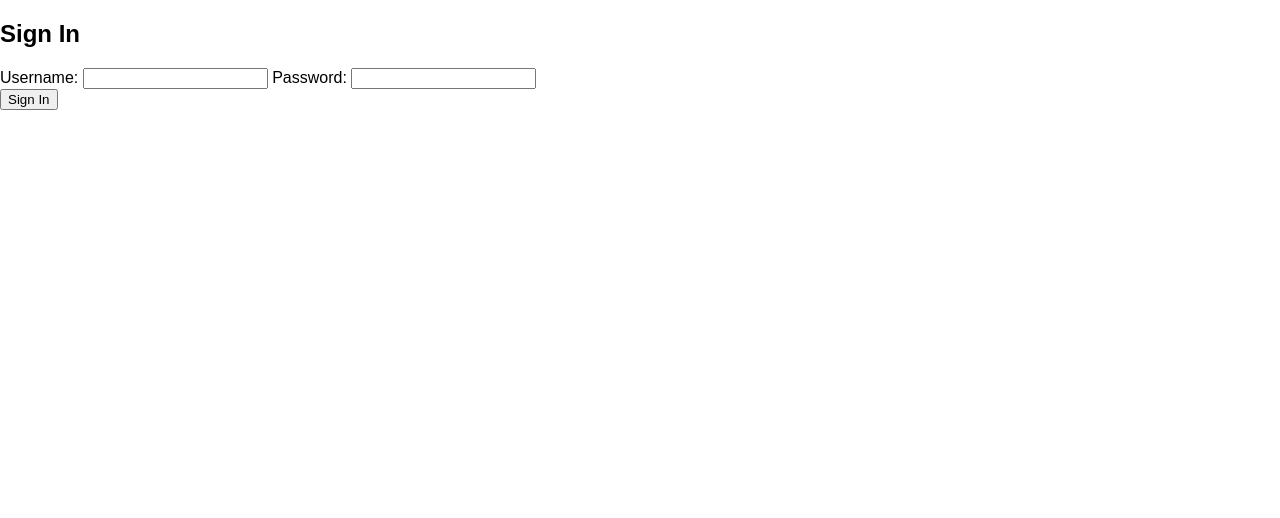
Repository: Ibrahim-Abohola/BookStore
Page: signin.html
An editor plug-in stored every save of this project. The page is shown before and after a run of saves, followed by the edit.
The browser window is 1280 px wide. The pictures show the whole page.

Above is the page before, as saved 2025-07-15 20:40:07.

### signin.html
<!DOCTYPE html>
<html lang="en">
    <head>
    <meta charset="UTF-8">
    <meta name="viewport" content="width=device-width, initial-scale=1.0">
    <link rel="stylesheet" href="styles.css">
    <title>Sign In</title>
    </head>
    <body>
        <div class="signin-container">
            <h2>Sign In</h2>
        <form class="signin-form">
            <div class = "form-group">
            <label for="username">Username:</label>
            <input type="text" id="username" name="username" required>
            <label for="password">Password:</label>
            <input type="password" id="password" name="password" required>
            </div>
            <button type="submit">Sign In</button>
        </form>
        </div>
    </body>
</html>

### styles.css

body {
  font-family: sans-serif;
  margin: 0;
  padding: 0;
}

 .container {
            max-width: 1200px;
            margin: 0 auto;
            padding: 0 20px;
        }

        nav {
            background: rgba(255, 255, 255, 0.95);
            backdrop-filter: blur(10px);
            padding: 1rem 0;
            position: fixed;
            width: 100%;
            top: 0;
            z-index: 1000;
            box-shadow: 0 2px 20px rgba(0, 0, 0, 0.1);
        }

        nav .container {
            display: flex;
            justify-content: space-between;
            align-items: center;
        }

nav ul {
  display: flex;
  list-style: none;
  background: #333;
  padding: 10px;
}
nav ul li a {
  color: white;
  margin: 0 10px;
  text-decoration: none;
}
.hero {
  background: url('images/banner.jpg') center/cover;
  color: white;
  padding: 40px;
  text-align: center;
}
  .highlights {
            padding: 4rem 0;
            background: rgba(255, 255, 255, 0.95);
        }

        .highlights h2 {
            text-align: center;
            margin-bottom: 3rem;
            color: #764ba2;
            font-size: 2.5rem;
        }

        .highlight-grid {
            display: grid;
            grid-template-columns: repeat(auto-fit, minmax(300px, 1fr));
            gap: 2rem;
        }

        .highlight-card {
            background: white;
            padding: 2rem;
            border-radius: 15px;
            box-shadow: 0 10px 30px rgba(0, 0, 0, 0.1);
            transition: transform 0.3s ease;
        }

        .highlight-card:hover {
            transform: translateY(-5px);
        }

        .highlight-card h3 {
            color: #764ba2;
            margin-bottom: 1rem;
        }
.catalog {
  display: flex;
  flex-wrap: wrap;
  gap: 20px;
  padding: 20px;
}
  .catalog-header {
            padding: 2rem 0;
            background: rgba(255, 255, 255, 0.95);
            text-align: center;
        }

        .catalog-header h1 {
            color: #764ba2;
            font-size: 2.5rem;
            margin-bottom: 1rem;
        }

        .books-grid {
            display: grid;
            grid-template-columns: repeat(auto-fit, minmax(300px, 1fr));
            gap: 2rem;
            padding: 2rem 0;
        }

        .book-card {
            background: rgba(255, 255, 255, 0.95);
            border-radius: 15px;
            overflow: hidden;
            box-shadow: 0 10px 30px rgba(0, 0, 0, 0.1);
            transition: transform 0.3s ease;
        }

        .book-card:hover {
            transform: translateY(-5px);
        }

        .book-cover {
            width: 100%;
            height: 300px;
            background: linear-gradient(135deg, #667eea, #764ba2);
            display: flex;
            align-items: center;
            justify-content: center;
            color: white;
            font-size: 1.2rem;
            font-weight: bold;
        }

        .book-info {
            padding: 1.5rem;
        }

        .book-title {
            font-size: 1.3rem;
            font-weight: bold;
            margin-bottom: 0.5rem;
            color: #333;
        }

        .book-author {
            color: #666;
            margin-bottom: 0.5rem;
        }

        .book-genre {
            background: #764ba2;
            color: white;
            padding: 0.3rem 0.8rem;
            border-radius: 20px;
            font-size: 0.9rem;
            display: inline-block;
            margin-bottom: 1rem;
        }

        .availability {
            font-weight: bold;
            margin-bottom: 1rem;
        }

        .available {
            color: #28a745;
        }

        .unavailable {
            color: #dc3545;
        }
         .purchase-btn {
            width: 100%;
            padding: 0.8rem;
            background: linear-gradient(135deg, #667eea, #764ba2);
            color: white;
            border: none;
            border-radius: 10px;
            font-weight: 600;
            cursor: pointer;
            transition: transform 0.3s ease;
        }

        .purchase-btn:hover {
            transform: translateY(-2px);
        }

        .purchase-btn:disabled {
            background: #ccc;
            cursor: not-allowed;
            transform: none;
        }
 .purchase-container {
            padding: 2rem 0;
            min-height: calc(100vh - 80px);
        }

        .purchase-content {
            display: grid;
            grid-template-columns: 1fr 1fr;
            gap: 3rem;
            max-width: 1000px;
            margin: 0 auto;
        }

        .book-details {
            background: rgba(255, 255, 255, 0.95);
            padding: 2rem;
            border-radius: 15px;
            box-shadow: 0 10px 30px rgba(0, 0, 0, 0.1);
        }

        .purchase-form-container {
            background: rgba(255, 255, 255, 0.95);
            padding: 2rem;
            border-radius: 15px;
            box-shadow: 0 10px 30px rgba(0, 0, 0, 0.1);
        }

        .purchase-form h2 {
            color: #764ba2;
            margin-bottom: 1.5rem;
        }

        .price {
            font-size: 1.5rem;
            font-weight: bold;
            color: #764ba2;
            margin: 1rem 0;
        }

.book {
  border: 1px solid #ccc;
  padding: 10px;
  width: calc(33.333% - 40px);
}
footer {
  margin-top: 40px;
  padding: 10px;
  background: #f1f1f1;
  text-align: center;
}

After the next 2 saves:
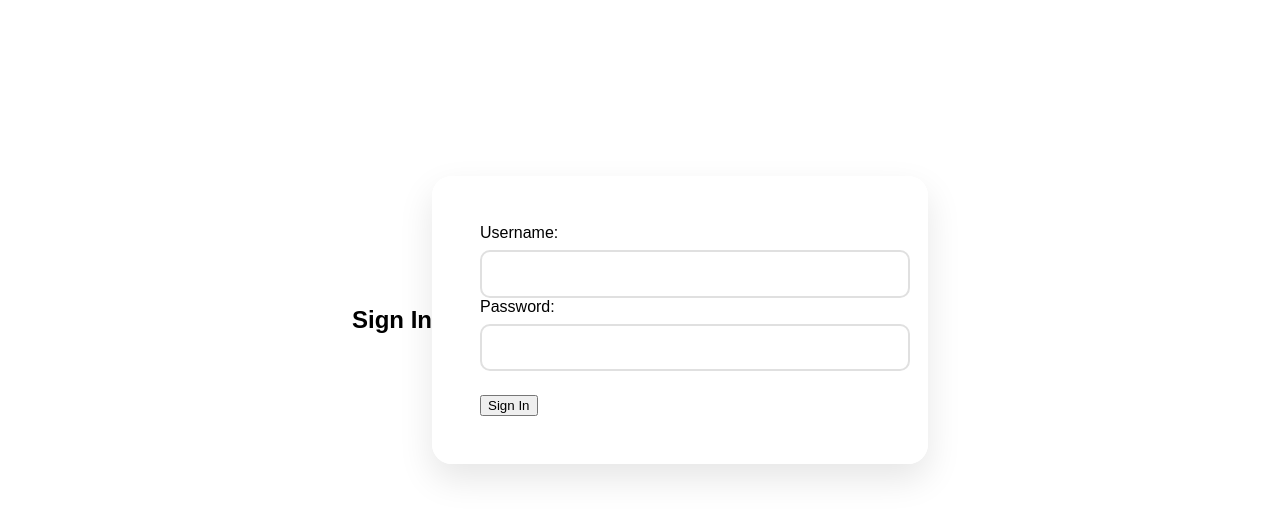
The 2 saves are shown as one change because they came seconds apart.
The last was saved 11 s later.
--- a/styles.css
+++ b/styles.css
@@ -79,7 +79,71 @@ nav ul li a {
             color: #764ba2;
             margin-bottom: 1rem;
         }
-.catalog {
+        .signin-container {
+            display: flex;
+            justify-content: center;
+            align-items: center;
+            min-height: calc(100vh - 80px);
+        }
+
+        .signin-form {
+            background: rgba(255, 255, 255, 0.95);
+            padding: 3rem;
+            border-radius: 20px;
+            box-shadow: 0 15px 35px rgba(0, 0, 0, 0.1);
+            width: 100%;
+            max-width: 400px;
+            backdrop-filter: blur(10px);
+        }
+
+        .signin-form h2 {
+            text-align: center;
+            margin-bottom: 2rem;
+            color: #764ba2;
+            font-size: 2rem;
+        }
+
+        .form-group {
+            margin-bottom: 1.5rem;
+        }
+
+        .form-group label {
+            display: block;
+            margin-bottom: 0.5rem;
+            font-weight: 500;
+        }
+
+        .form-group input {
+            width: 100%;
+            padding: 0.8rem;
+            border: 2px solid #e0e0e0;
+            border-radius: 10px;
+            font-size: 1rem;
+            transition: border-color 0.3s ease;
+        }
+
+        .form-group input:focus {
+            outline: none;
+            border-color: #764ba2;
+        }
+
+        .signin-btn {
+            width: 100%;
+            padding: 1rem;
+            background: linear-gradient(135deg, #667eea 0%, #764ba2 100%);
+            color: white;
+            border: none;
+            border-radius: 10px;
+            font-size: 1.1rem;
+            font-weight: 600;
+            cursor: pointer;
+            transition: transform 0.3s ease;
+        }
+
+        .signin-btn:hover {
+            transform: translateY(-2px);
+        }
+    .catalog {
   display: flex;
   flex-wrap: wrap;
   gap: 20px;
